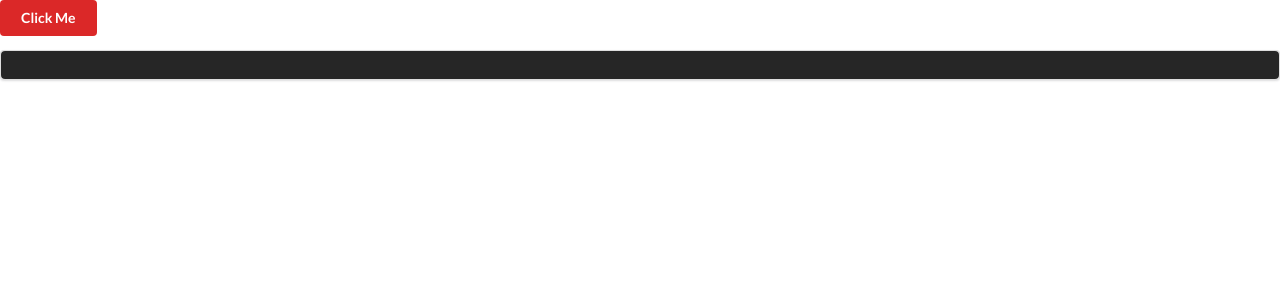
Repository: anagarango/dai-week4-assignment
Page: / (app in dai_web_ex/)
The author's editor kept a copy of each file at every save. The page is drawn from the files as they stood at one save, then again after the next save.
The browser window is 1280 px wide. The pictures show the whole page.
The project was rebuilt for these pictures with package versions that can differ from the ones it lists, and the page was loaded fresh each time. The framework's server and built-in components were replaced by stand-ins that run in the browser. Also part of the build but not shown: dai_web_ex/next.config.js.

Above is the page before, as saved 2022-09-26 15:10:50.

### dai_web_ex/pages/_app.js
import 'semantic-ui-css/semantic.min.css'

function MyApp({ Component, pageProps }) {
  return <Component {...pageProps} />
}

export default MyApp

### dai_web_ex/pages/index.js
import { Button } from 'semantic-ui-react'
import {useRouter} from 'next/router'
import { Dimmer, Loader, Image, Segment } from 'semantic-ui-react'

// The router and states are mostly used in the page for data/information state management
import {useState} from 'react'

export default function Home() {
  const r = useRouter();
  //before, during, after
  const [logInState, setLogInState] = useState("before")

  var c = "blue"

  var btn_text = "Click Me"

  if(logInState === "before"){
    c = "red";
  } if(logInState === "during"){
    c = "yellow";
    btn_text = "Waiting..."
  } if(logInState === "after"){
    c = "green";
    btn_text = "Transferring you to Dashboard!"
  }

  const HandleButton = () =>{
    if (logInState === "before"){
      setLogInState("during");

    }
    if (logInState === "during"){
      setLogInState("after");

    }
    if (logInState === "after"){
      r.push("/dashboard")
    }
  }

  return (
    <div>
      <Button color={c} onClick={()=>HandleButton()}>{btn_text}</Button>
      <Segment>
        <Dimmer active>
          {logInState === "during" && <Loader />}
        </Dimmer>
      </Segment>
    </div>
  )
}

After the next save:
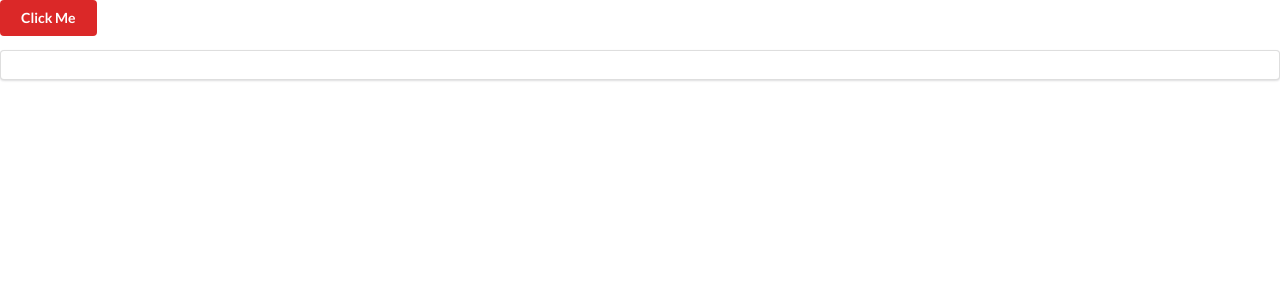
Saved 17 s later.
--- a/dai_web_ex/pages/index.js
+++ b/dai_web_ex/pages/index.js
@@ -42,9 +42,9 @@ export default function Home() {
     <div>
       <Button color={c} onClick={()=>HandleButton()}>{btn_text}</Button>
       <Segment>
-        <Dimmer active>
+        {/* <Dimmer active> */}
           {logInState === "during" && <Loader />}
-        </Dimmer>
+        {/* </Dimmer> */}
       </Segment>
     </div>
   )
